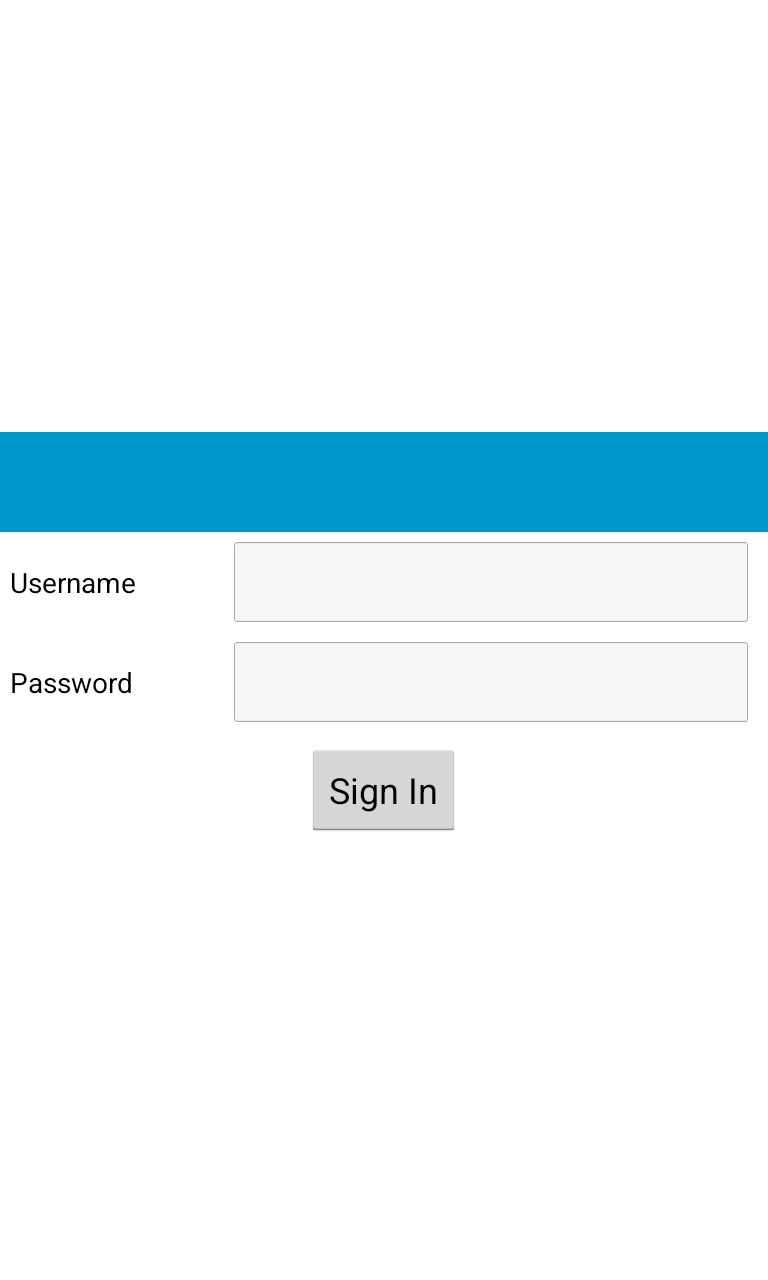
Repository: pankajk7/hotel_mockup
Layout: Hotel_MockUp/res/layout/login_layout.xml
These files come from the project's save history. The layout is drawn as it stood at one moment and after the next save; the edit follows.
It is drawn on a 768 x 1280 px phone screen (xhdpi) without system bars, with theme AppTheme; the app's code is not run.

Above is the layout before, as saved 2014-11-05 11:52:08.

After the next save:
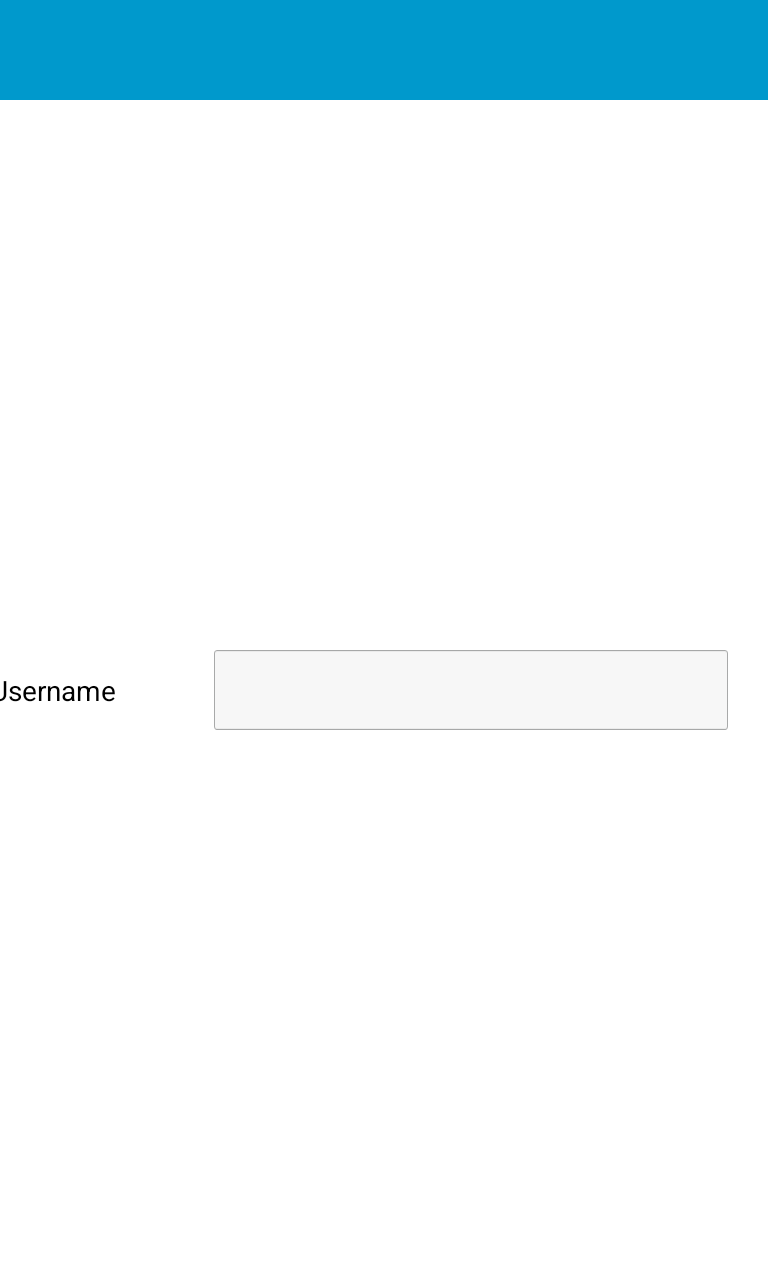
Saved 59 s later.
--- a/Hotel_MockUp/res/layout/login_layout.xml
+++ b/Hotel_MockUp/res/layout/login_layout.xml
@@ -10,9 +10,19 @@
     <LinearLayout
                 android:layout_width="match_parent"
                 android:layout_height="50dp"
+                android:layout_weight="0"
                 android:background="@color/lightBlue">
 
     </LinearLayout>
+
+
+     <LinearLayout
+                android:layout_width="match_parent"
+                android:layout_height="match_parent"
+                android:layout_weight="1"
+                android:gravity="center">
+
+
      <LinearLayout
                 android:layout_width="match_parent"
                 android:layout_height="wrap_content"
